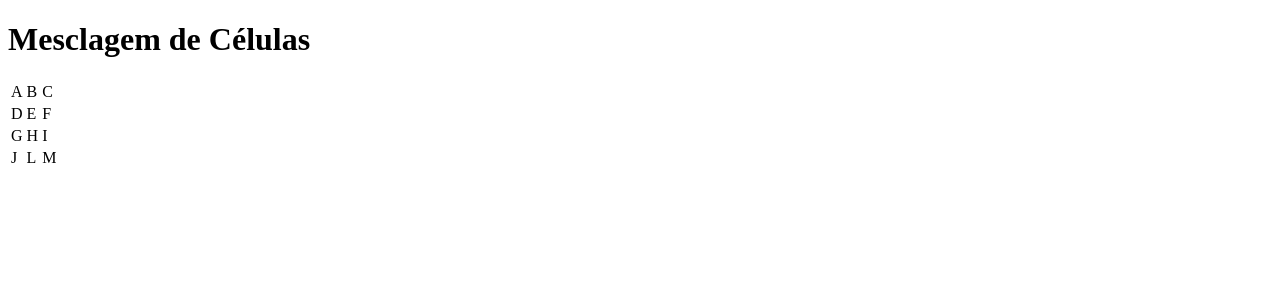
Repository: ClaytonEduard/cursoemvideo
Page: html-css/ex023/tabela003.html
The author's editor kept a copy of each file at every save. The page is drawn from the files as they stood at one save, then again after a run of saves.
The browser window is 1280 px wide. The pictures show the whole page.

Above is the page before, as saved 2022-12-08 16:45:17.

### html-css/ex023/tabela003.html
<!DOCTYPE html>
<html lang="pt-br">

<head>
    <meta charset="UTF-8">
    <meta http-equiv="X-UA-Compatible" content="IE=edge">
    <meta name="viewport" content="width=device-width, initial-scale=1.0">
    <title>Tabelas</title>
    <style>
        body{
            fon
        }
    </style>
</head>

<body>
    <h1>Mesclagem de Células</h1>
    <table>
        <tr>
            <td>A</td>
            <td>B</td>
            <td>C</td>
        </tr>
        <tr>
            <td>D</td>
            <td>E</td>
            <td>F</td>
        </tr>
        <tr>
            <td>G</td>
            <td>H</td>
            <td>I</td>
        </tr>
        <tr>
            <td>J</td>
            <td>L</td>
            <td>M</td>
        </tr>
    </table>
</body>

</html>

After the next 3 saves:
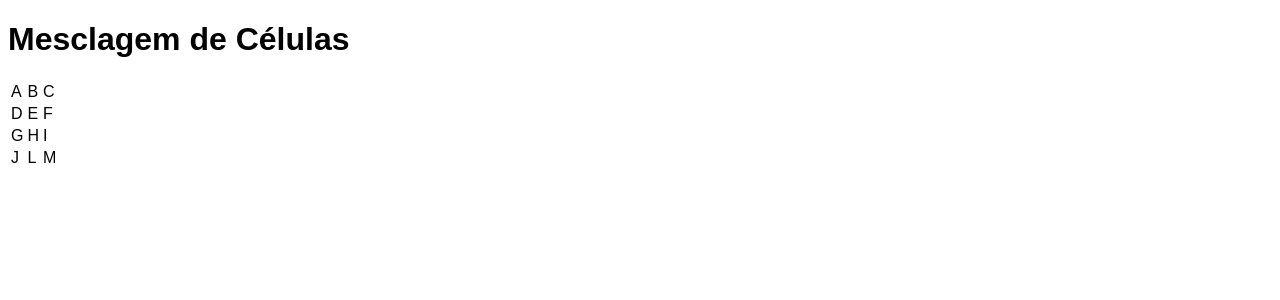
The 3 saves are shown as one change because they came seconds apart.
The last was saved 13 s later.
--- a/html-css/ex023/tabela003.html
+++ b/html-css/ex023/tabela003.html
@@ -8,7 +8,10 @@
     <title>Tabelas</title>
     <style>
         body{
-            fon
+            font-family: Arial, Helvetica, sans-serif;
+        }
+        table{
+
         }
     </style>
 </head>
